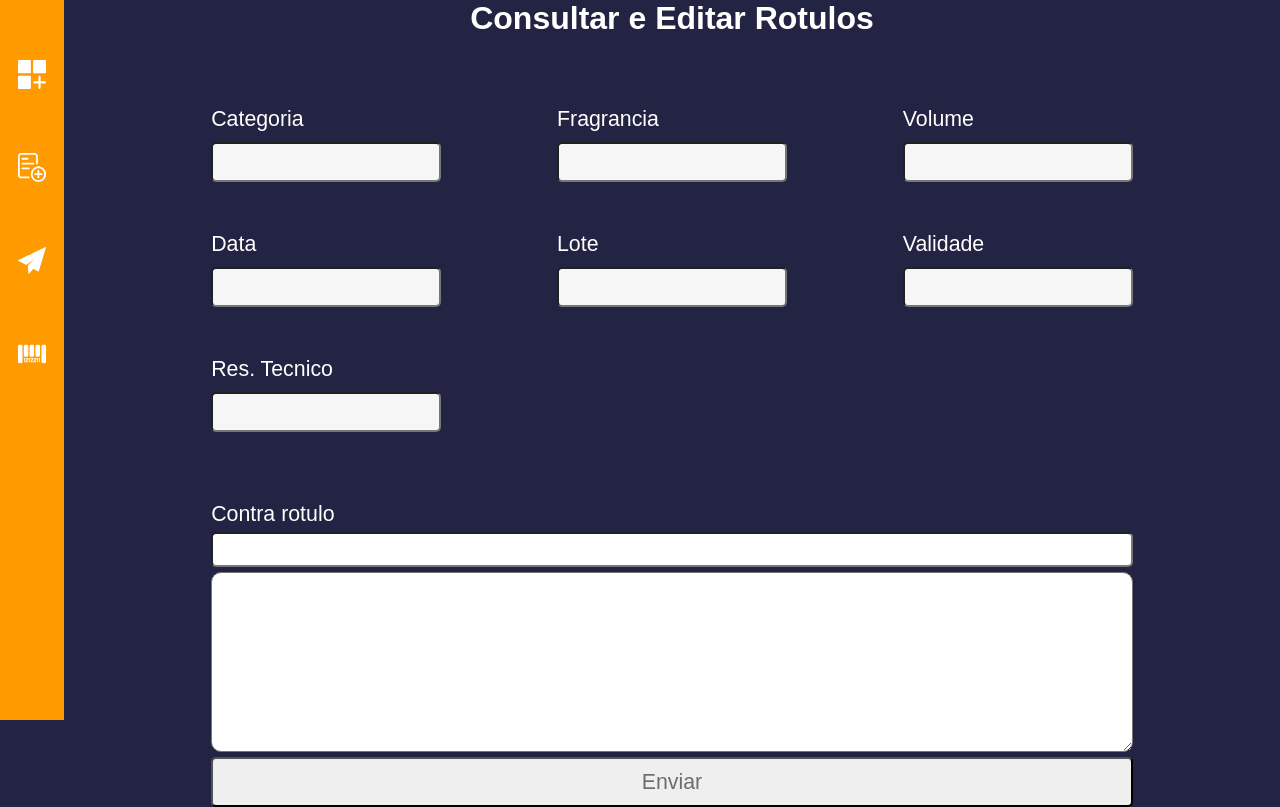
Repository: jeanjanrley/Organizador-de-rotulos
Page: /consultar
The author's editor kept a copy of each file at every save. The page is drawn from the files as they stood at one save, then again after a run of saves.
The browser window is 1280 px wide. The pictures show the whole page.
The project was rebuilt for these pictures with package versions that can differ from the ones it lists, and the page was loaded fresh each time. Also part of the build but not shown: src/pages/home/Home.js.

Above is the page before, as saved 2021-06-26 15:43:21.

After the next 3 saves:
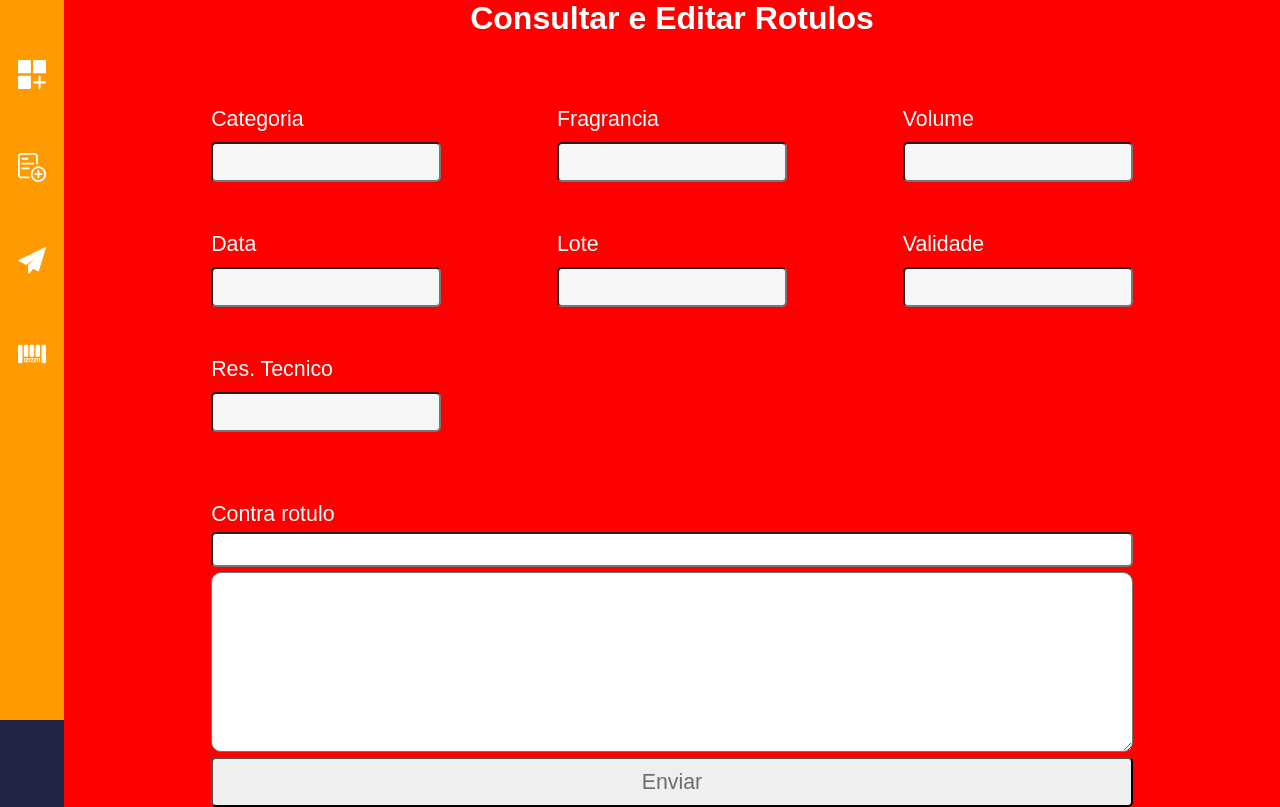
The 3 saves are shown as one change because they came seconds apart.
The last was saved 13 s later.
--- a/src/styles/global.scss
+++ b/src/styles/global.scss
@@ -35,6 +35,7 @@
     display: flex;
     flex-direction: column;
     width: 95vw;
+    background: red;
     height: 100%;
     justify-content: center;
     justify-items: center;

After the save that followed:
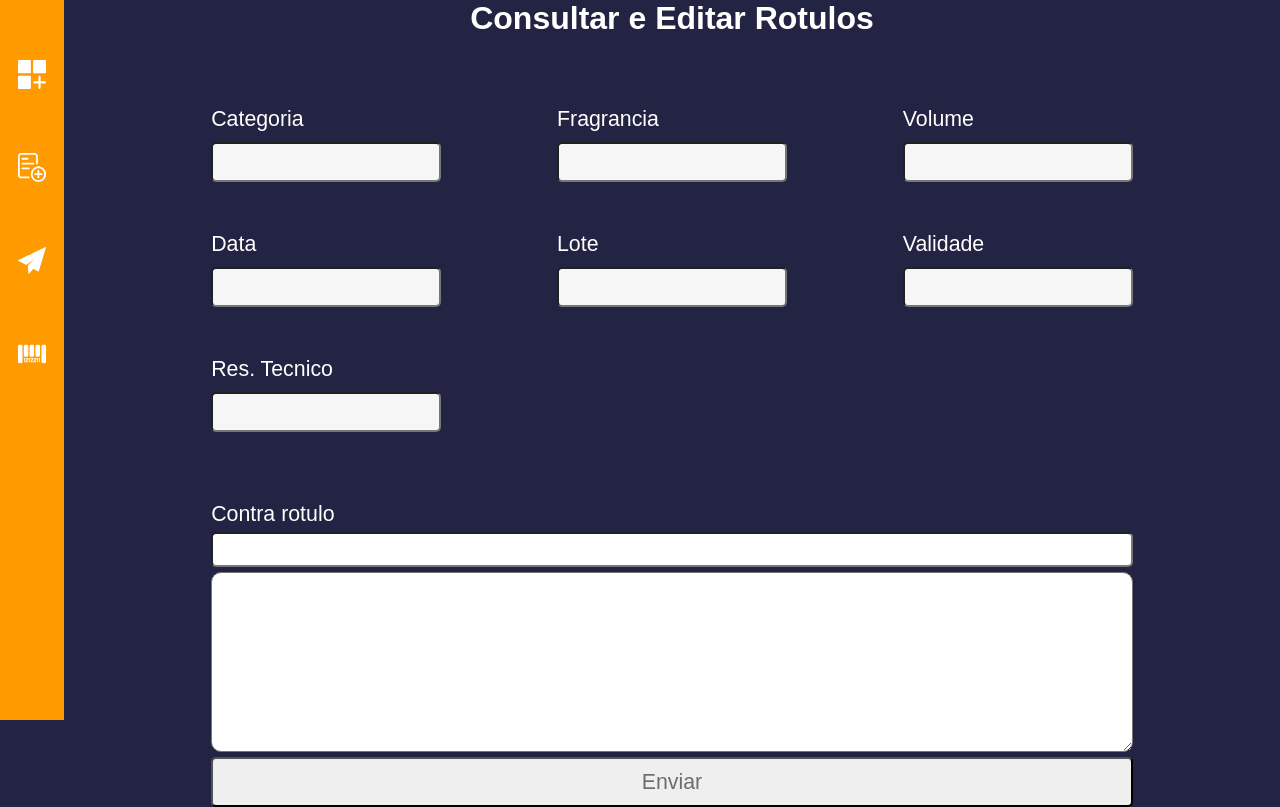
Saved 25 s later.
--- a/src/styles/global.scss
+++ b/src/styles/global.scss
@@ -35,7 +35,6 @@
     display: flex;
     flex-direction: column;
     width: 95vw;
-    background: red;
     height: 100%;
     justify-content: center;
     justify-items: center;
